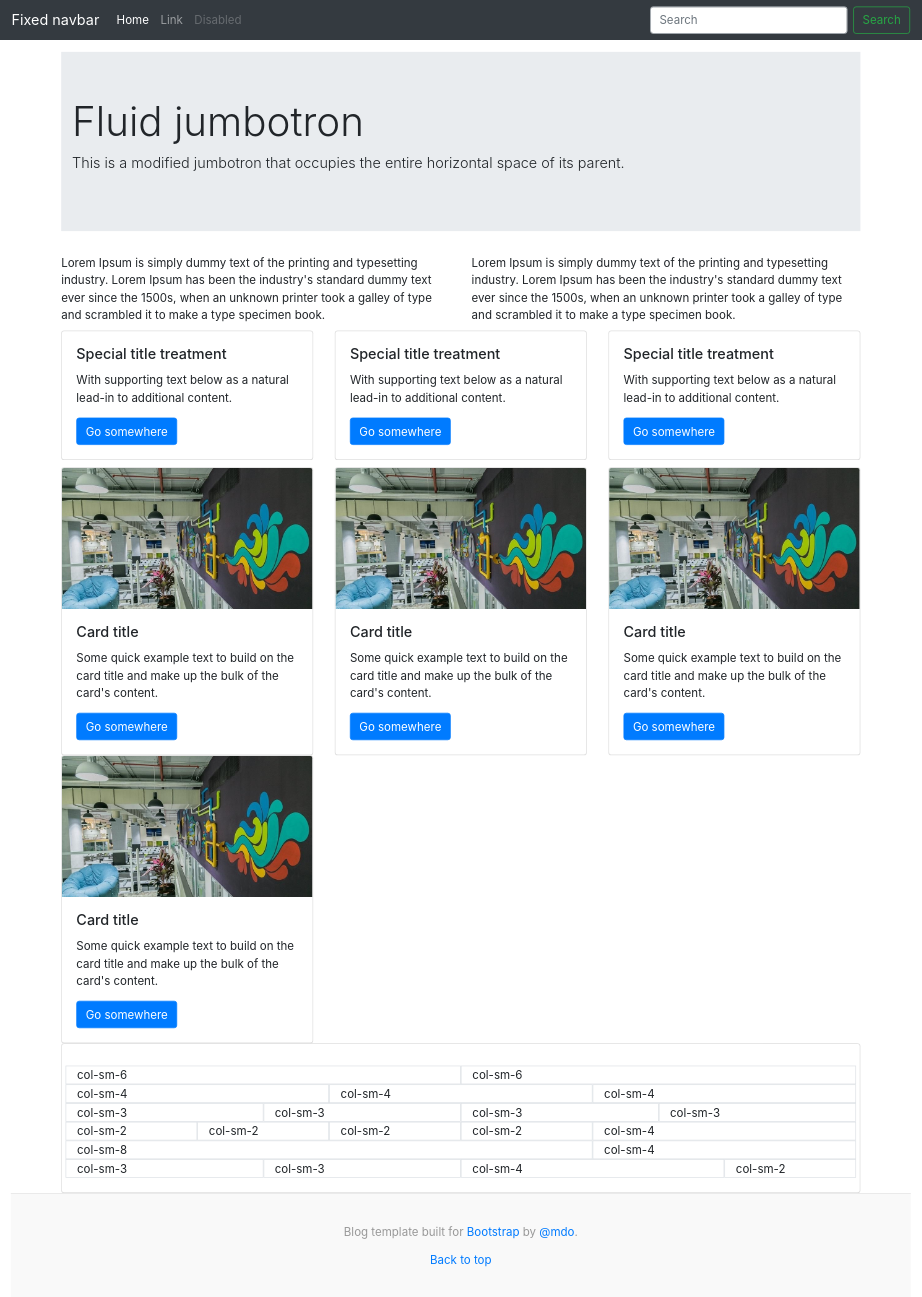
Repository: Green-Technologies-Angular/HTML
Page: index.html
An editor plug-in stored every save of this project. The page is shown before and after the next save, followed by the edit.
The browser window is 1280 px wide. The pictures show the whole page, at 72% of full size.

Above is the page before, as saved 2019-02-09 12:12:33.

After the next save:
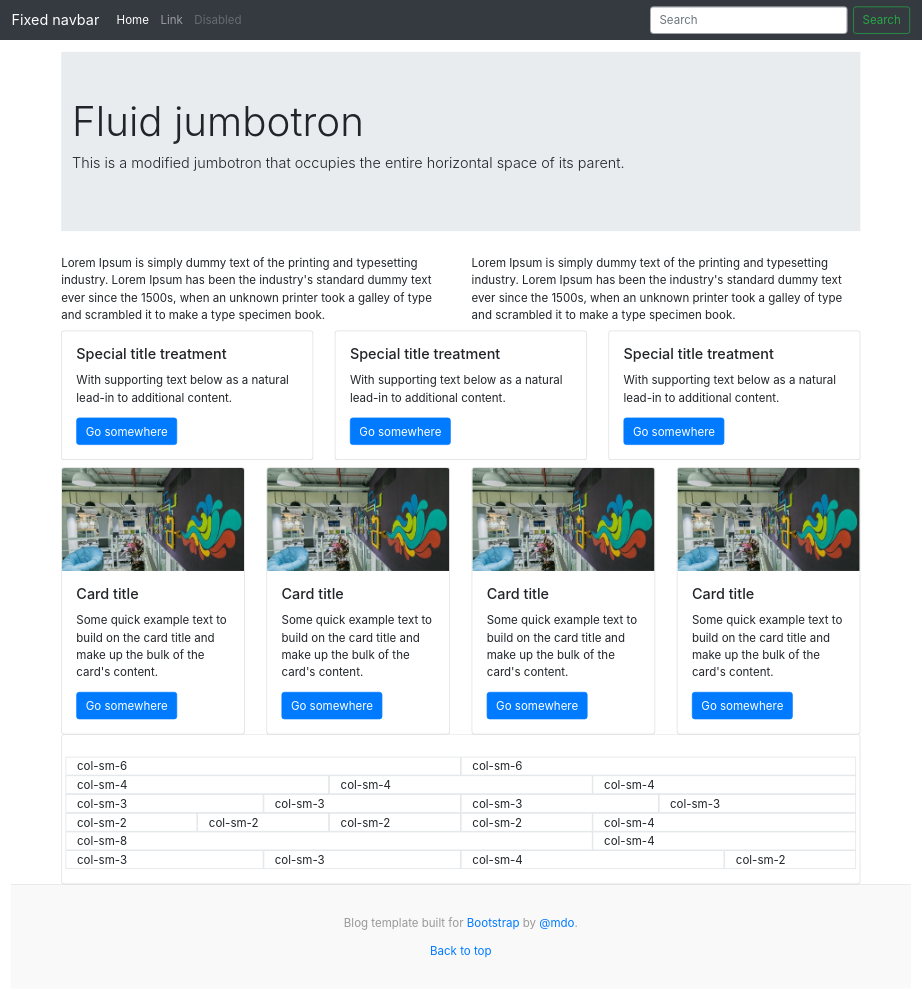
Saved 17 s later.
--- a/index.html
+++ b/index.html
@@ -102,52 +102,52 @@
                 </div>
             </div>
             <div class="row" style="padding-top:10px;">
-                <div class="col-sm-4">
-                    <div class="card">
-                        <div class="card-body p-0">
-                            <img src="images/Download.jpg" class="card-img-top" alt="...">
-                            <div class="card-body">
-                                <h5 class="card-title">Card title</h5>
-                                <p class="card-text">Some quick example text to build on the card title and make up the
-                                    bulk of
-                                    the
-                                    card's content.</p>
-                                <a href="#" class="btn btn-primary">Go somewhere</a>
-                            </div>
-                        </div>
-                    </div>
-                </div>
-                <div class="col-sm-4">
-                    <div class="card">
-                        <div class="card-body p-0">
-                            <img src="images/Download.jpg" class="card-img-top" alt="...">
-                            <div class="card-body">
-                                <h5 class="card-title">Card title</h5>
-                                <p class="card-text">Some quick example text to build on the card title and make up the
-                                    bulk of
-                                    the
-                                    card's content.</p>
-                                <a href="#" class="btn btn-primary">Go somewhere</a>
-                            </div>
-                        </div>
-                    </div>
-                </div>
-                <div class="col-sm-4">
-                    <div class="card">
-                        <div class="card-body p-0">
-                            <img src="images/Download.jpg" class="card-img-top" alt="...">
-                            <div class="card-body">
-                                <h5 class="card-title">Card title</h5>
-                                <p class="card-text">Some quick example text to build on the card title and make up the
-                                    bulk of
-                                    the
-                                    card's content.</p>
-                                <a href="#" class="btn btn-primary">Go somewhere</a>
-                            </div>
-                        </div>
-                    </div>
-                </div>
-                <div class="col-sm-4">
+                <div class="col-sm-3">
+                    <div class="card">
+                        <div class="card-body p-0">
+                            <img src="images/Download.jpg" class="card-img-top" alt="...">
+                            <div class="card-body">
+                                <h5 class="card-title">Card title</h5>
+                                <p class="card-text">Some quick example text to build on the card title and make up the
+                                    bulk of
+                                    the
+                                    card's content.</p>
+                                <a href="#" class="btn btn-primary">Go somewhere</a>
+                            </div>
+                        </div>
+                    </div>
+                </div>
+                <div class="col-sm-3">
+                    <div class="card">
+                        <div class="card-body p-0">
+                            <img src="images/Download.jpg" class="card-img-top" alt="...">
+                            <div class="card-body">
+                                <h5 class="card-title">Card title</h5>
+                                <p class="card-text">Some quick example text to build on the card title and make up the
+                                    bulk of
+                                    the
+                                    card's content.</p>
+                                <a href="#" class="btn btn-primary">Go somewhere</a>
+                            </div>
+                        </div>
+                    </div>
+                </div>
+                <div class="col-sm-3">
+                    <div class="card">
+                        <div class="card-body p-0">
+                            <img src="images/Download.jpg" class="card-img-top" alt="...">
+                            <div class="card-body">
+                                <h5 class="card-title">Card title</h5>
+                                <p class="card-text">Some quick example text to build on the card title and make up the
+                                    bulk of
+                                    the
+                                    card's content.</p>
+                                <a href="#" class="btn btn-primary">Go somewhere</a>
+                            </div>
+                        </div>
+                    </div>
+                </div>
+                <div class="col-sm-3">
                     <div class="card">
                         <div class="card-body p-0">
                             <img src="images/Download.jpg" class="card-img-top" alt="...">
